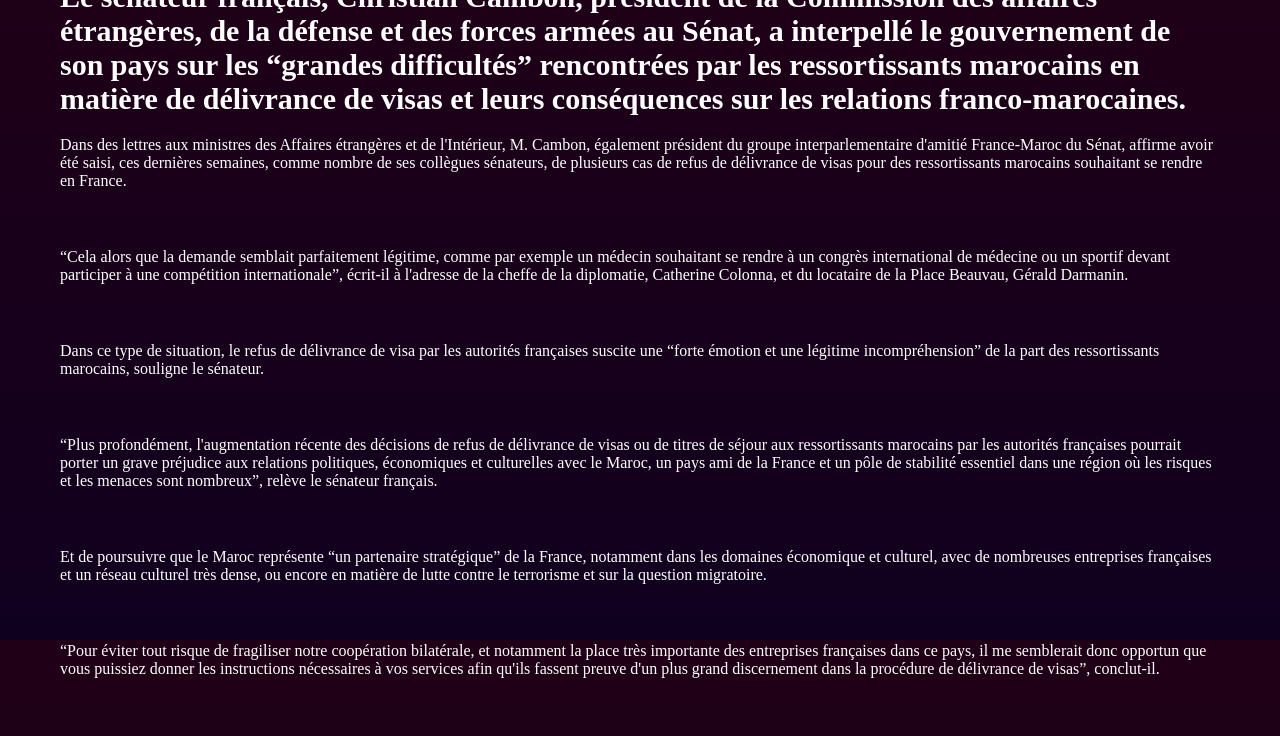
Repository: SD-Mdouka/site-n-b
Page: /
An editor plug-in stored every save of this project. The page is shown before and after the next save, followed by the edit.
The browser window is 1280 px wide. The pictures show the part of the page from y = 800 to 1608 px (the page is 1536 px tall before and 1608 px after).
The project was rebuilt for these pictures with package versions that can differ from the ones it lists, and the page was loaded fresh each time.

Above is the page before, as saved 2022-09-22 15:11:36.

After the next save:
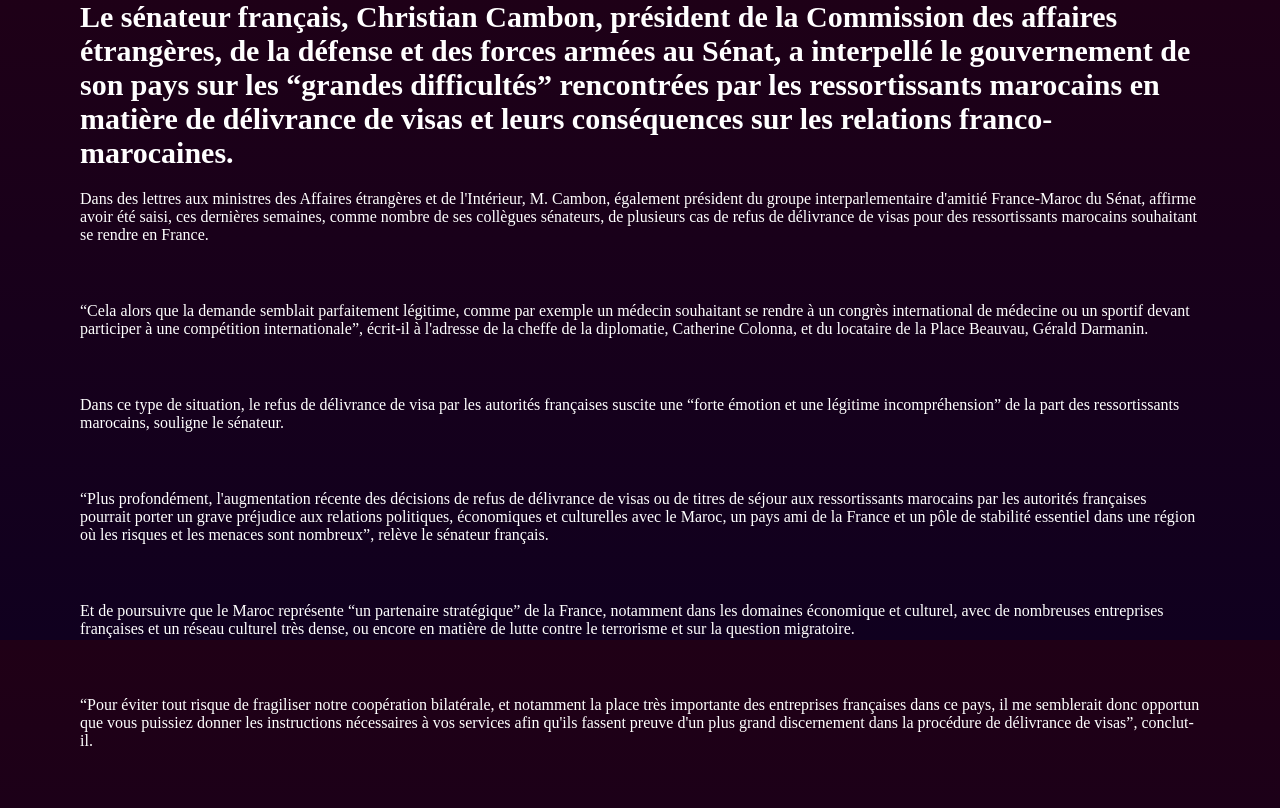
Saved 16 s later.
--- a/src/App.css
+++ b/src/App.css
@@ -83,7 +83,7 @@ header ul li a:hover,
 .content {
     color: #fff;
     padding: 20px;
-    margin: 20px;
+    margin: 40px;
 }
 
 .content h2 {
